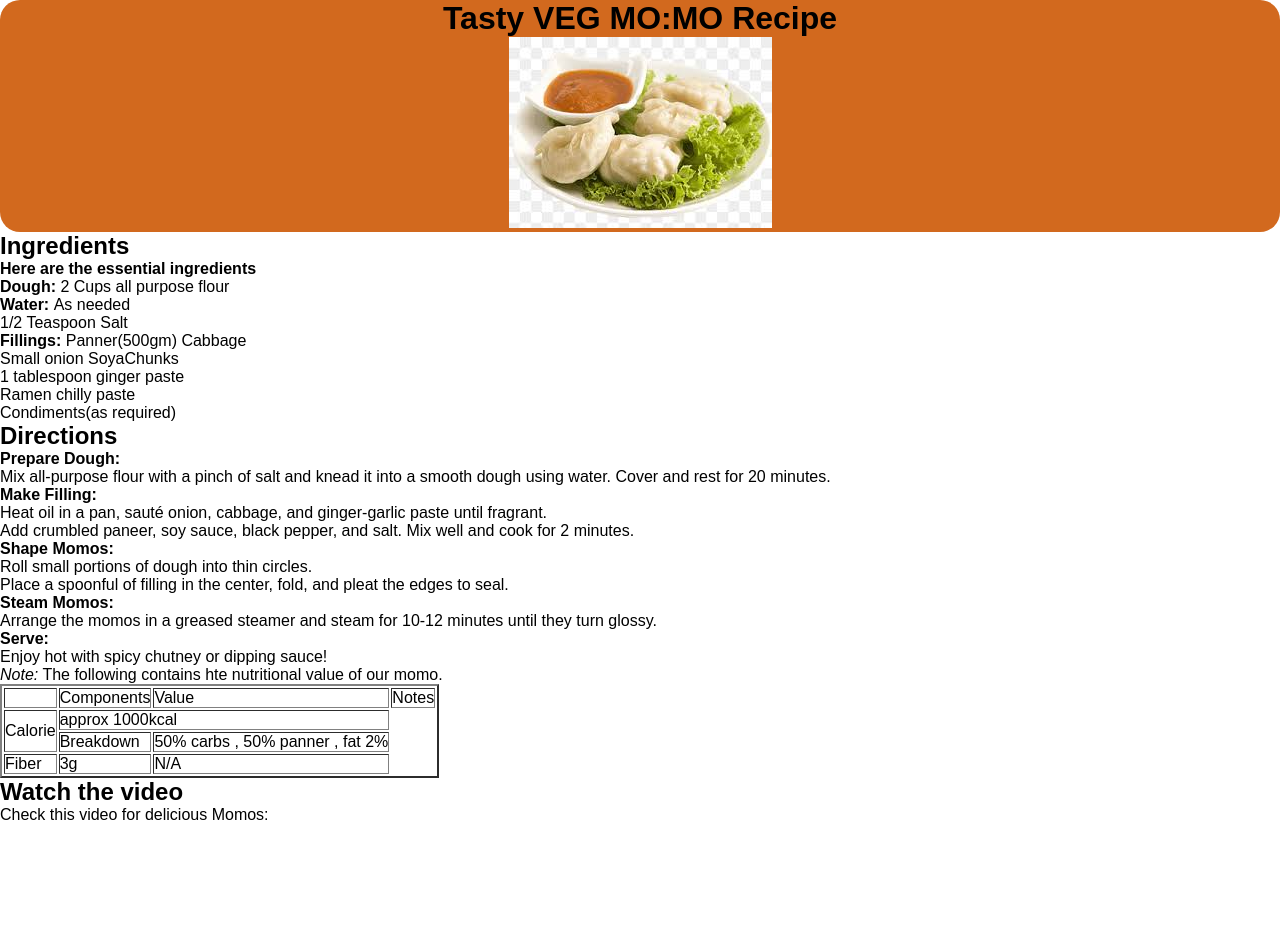
Repository: GigaByte6610/recipe
Page: index.html
These files come from the project's save history. The page is drawn as it stood at one moment and after the next save; the edit follows.
The browser window is 1280 px wide. The pictures show the part of the page from y = 0 to 952 px (the page is 1179 px tall before and 1204 px after).
Pictures or frames that could not be fetched are drawn as grey boxes.

Above is the page before, as saved 2025-02-05 04:15:23.

After the next save:
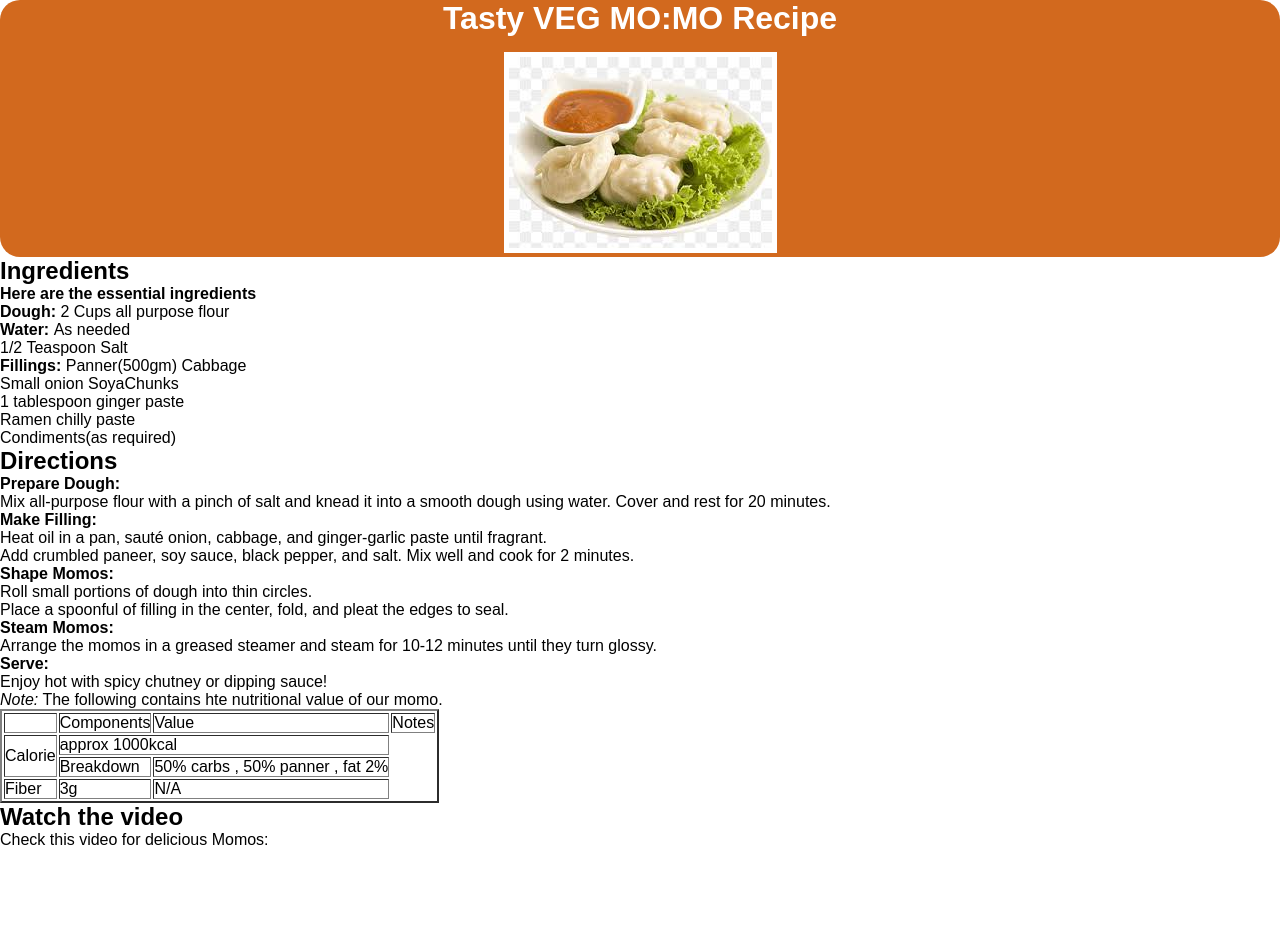
Saved 85 s later.
--- a/style.css
+++ b/style.css
@@ -15,3 +15,13 @@ header {
     border-radius: 20px;
     padding: ;
 }
+
+header h1 {
+    color: white;
+    margin-bottom: 15px;
+    text-align: center;
+}
+
+header img {
+    border: 5px solid white;
+}
